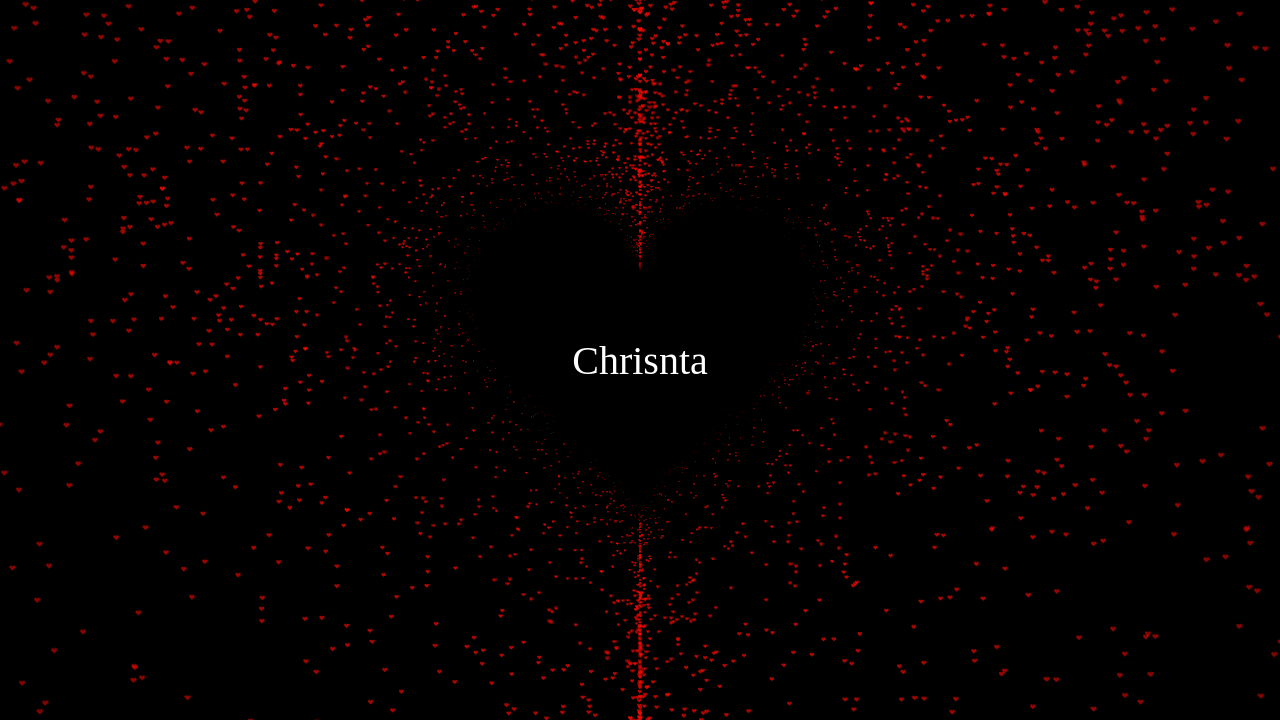
Repository: thaiduy1704/Heart
Page: index.html
The author's editor kept a copy of each file at every save. The page is drawn from the files as they stood at one save, then again after the next save.
The browser window is 1280 px wide. The pictures show the whole page.

Above is the page before, as saved 2022-11-11 01:58:41.
Not found: style.css

After the next save:
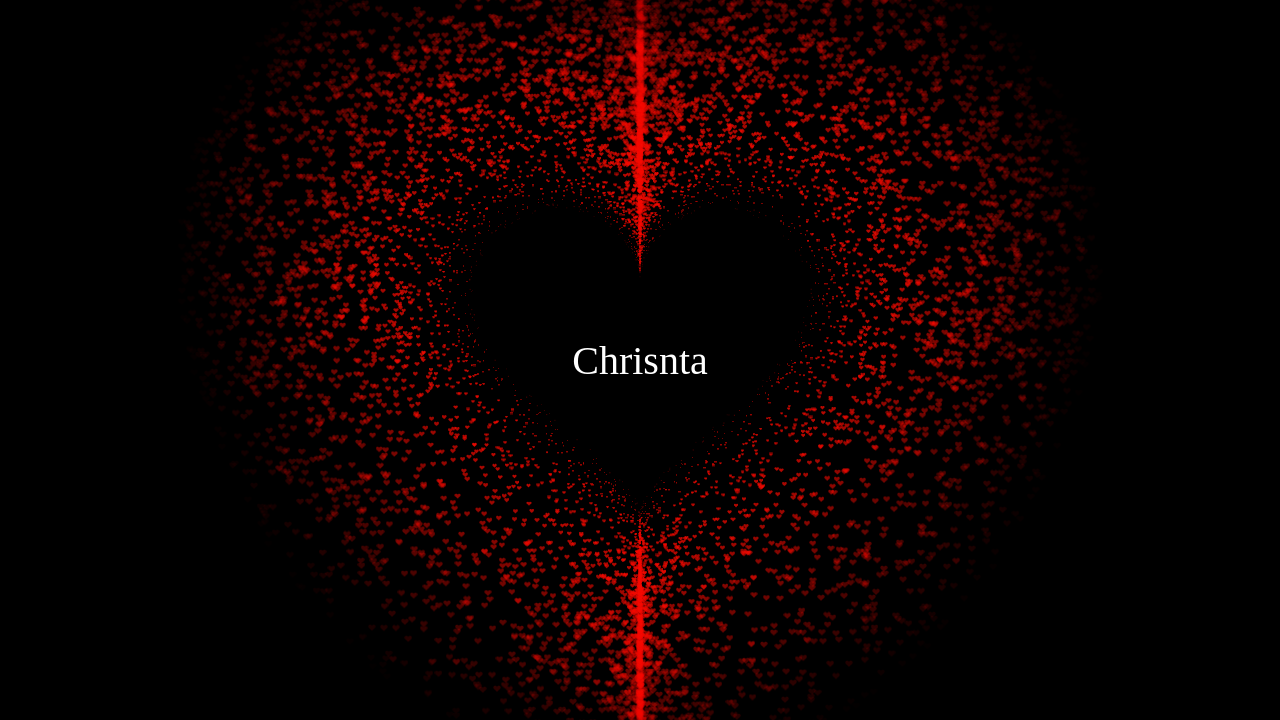
Saved 4 s later.
--- a/index.html
+++ b/index.html
@@ -31,7 +31,7 @@ var settings = {
     length:   10000, // maximum amount of particles
     duration:   4, // particle duration in sec
     velocity: 80, // particle velocity in pixels/sec
-    effect: 3, // play with this for a nice effect
+    effect: 0, // play with this for a nice effect
     size:      8, // particle size in pixels
   },
 };
